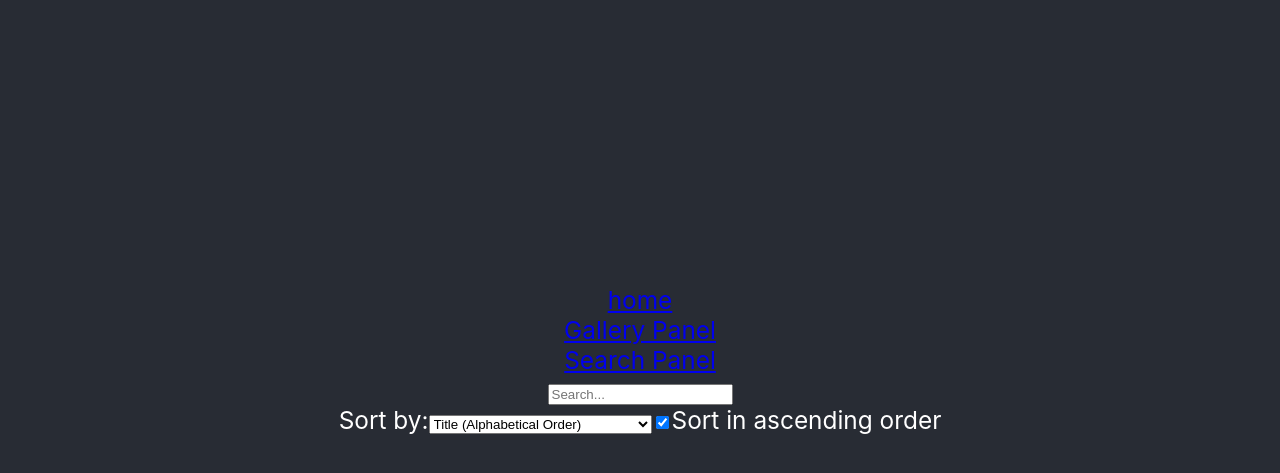
Repository: ZhengyuLi0929/ArtMuseum_ArtIC
Page: /list
An editor plug-in stored every save of this project. The page is shown before and after the next save, followed by the edit.
The browser window is 1280 px wide. The pictures show the whole page.
The project was rebuilt for these pictures with package versions that can differ from the ones it lists, and the page was loaded fresh each time. Also part of the build but not shown: src/home.tsx, src/gallery.tsx.

Above is the page before, as saved 2023-01-11 02:06:24.

After the next save:
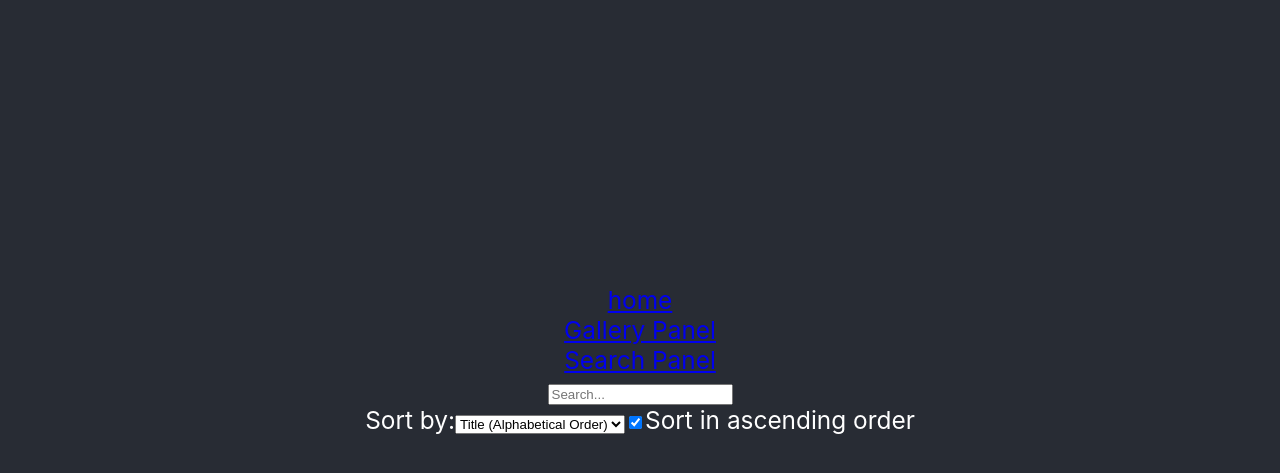
Saved 2 min 8 s later.
--- a/src/list.tsx
+++ b/src/list.tsx
@@ -15,7 +15,7 @@ interface State {
   searchTerm: string;
   searchResults: Image[];
   sorted: Image[];
-  sortBy: 'title' | 'score';
+  sortBy: 'title' | 'id';
   isAscending: boolean;
 }
 
@@ -34,7 +34,7 @@ class ListView extends React.Component<{}, State> {
   }
 
   handleSortChange = (event: React.ChangeEvent<HTMLSelectElement>) => {
-    this.setState({ sortBy: event.target.value as 'title' | 'score' });
+    this.setState({ sortBy: event.target.value as 'title' | 'id' });
     this.sortSearchResults();
   }
 
@@ -72,7 +72,7 @@ class ListView extends React.Component<{}, State> {
         }
         return b.title.localeCompare(a.title);
       });
-    } else if (sortBy === 'score') {
+    } else if (sortBy === 'id') {
       sortedSearchResults.sort((a:Image, b:Image) => {
         if (isAscending) {
           return a.id - b.id;
@@ -118,7 +118,7 @@ class ListView extends React.Component<{}, State> {
             Sort by:
             <select value={this.state.sortBy} onChange={this.handleSortChange}>
               <option value="title">Title (Alphabetical Order) </option>
-              <option value="score">Score (a score assigned by ArtIC)</option>
+              <option value="score">ID (assigned by ArtIC)</option>
             </select>
           </label>
           <label>
